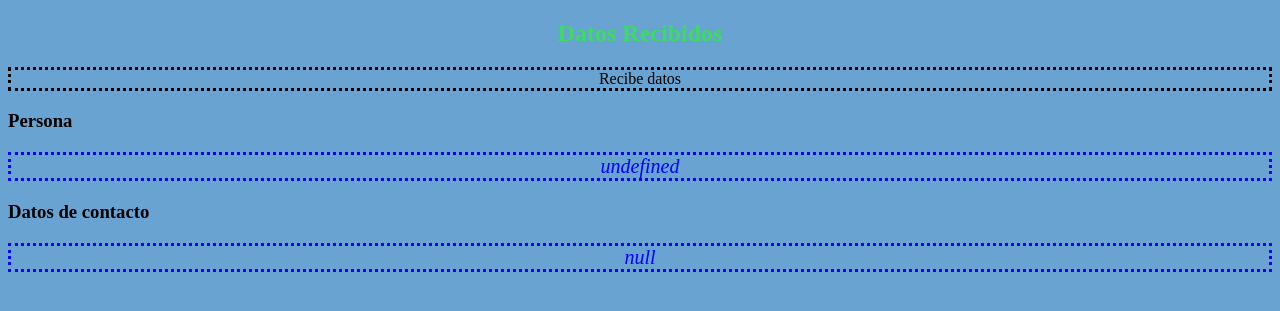
Repository: UVMCoyoacan/VEFY
Page: recibedatosFormCV.html
An editor plug-in stored every save of this project. The page is shown before and after the next save, followed by the edit.
The browser window is 1280 px wide. The pictures show the whole page.

Above is the page before, as saved 2024-03-01 19:06:22.

After the next save:
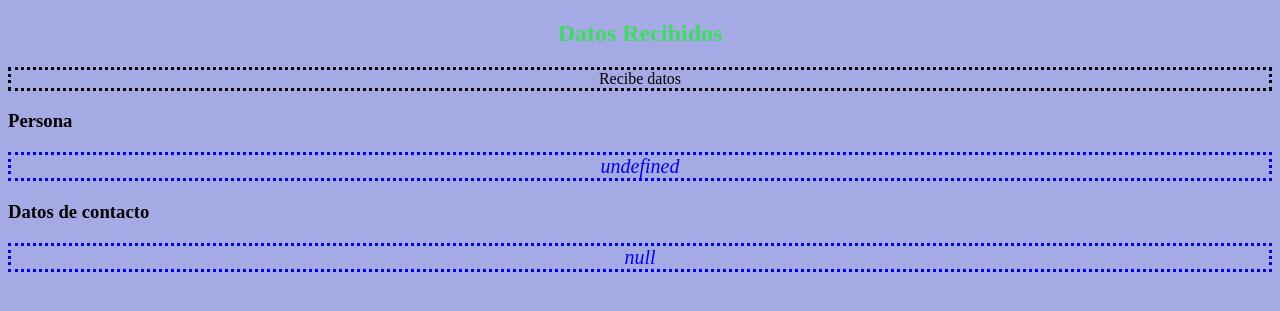
Saved 59 s later.
--- a/estilo1.css
+++ b/estilo1.css
@@ -33,7 +33,7 @@ a{
 }
 
 body{
-    background-color: rgb(104, 163, 209);
+    background-color: #a6aae4;
 }
 
 footer{
